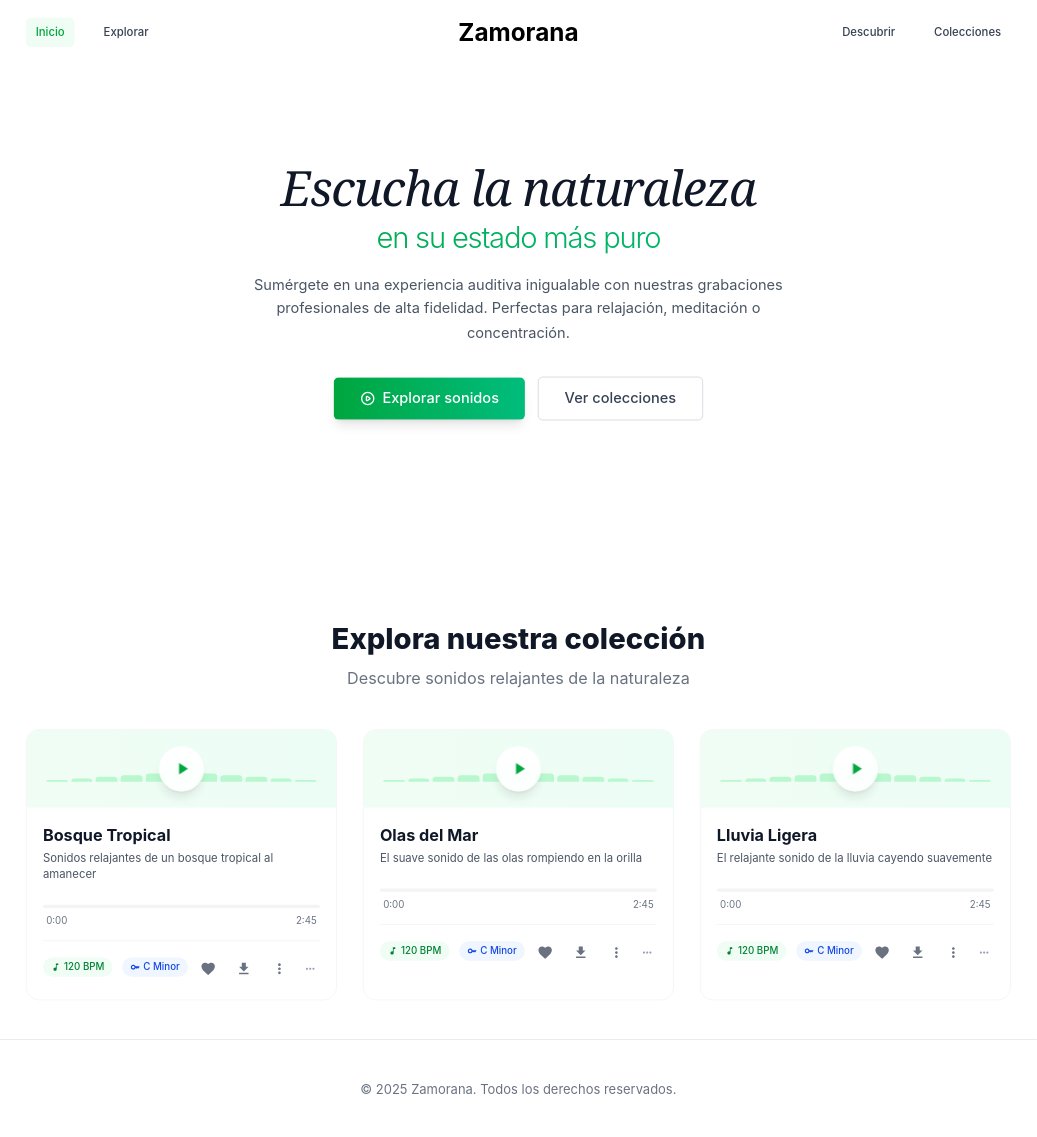
Repository: Alxre98/Zamorana
Page: /
An editor plug-in stored every save of this project. The page is shown before and after the next save, followed by the edit.
The browser window is 1280 px wide. The pictures show the whole page, at 81% of full size.
The project was rebuilt for these pictures with package versions that can differ from the ones it lists, and the page was loaded fresh each time. The framework's server and built-in components were replaced by stand-ins that run in the browser. Also part of the build but not shown: next.config.ts, src/components/molecules/Navigation/index.tsx.

Above is the page before, as saved 2025-06-13 08:19:57.

### src/app/layout.tsx
import type { Metadata } from "next";
import { Geist, Geist_Mono } from "next/font/google";
import "./globals.css";
import { DefaultTemplate } from "@/components/templates/DefaultTemplate";

const geistSans = Geist({
  variable: "--font-geist-sans",
  subsets: ["latin"],
});

const geistMono = Geist_Mono({
  variable: "--font-geist-mono",
  subsets: ["latin"],
});

export const metadata: Metadata = {
  title: "Zamorana - Sonidos de la Naturaleza",
  description: "Explora y descubre los sonidos más relajantes de la naturaleza",
};

export default function RootLayout({
  children,
}: Readonly<{
  children: React.ReactNode;
}>) {
  return (
    <html lang="es">
      <body
        className={`${geistSans.variable} ${geistMono.variable} antialiased`}
      >
        <DefaultTemplate>{children}</DefaultTemplate>
      </body>
    </html>
  );
}

### src/app/page.tsx
"use client";

import { Hero } from "@/components/organisms/Hero";
import { SoundGrid } from "@/components/organisms/SoundGrid";

// Mock data - replace with actual data from your API or CMS
const featuredSounds = [
  {
    id: "1",
    title: "Bosque Tropical",
    description: "Sonidos relajantes de un bosque tropical al amanecer",
    audioSrc: "/sounds/forest.mp3",
    // imageSrc: "/images/forest.jpg", // Uncomment when you have the image
  },
  {
    id: "2",
    title: "Olas del Mar",
    description: "El suave sonido de las olas rompiendo en la orilla",
    audioSrc: "/sounds/ocean.mp3",
    // imageSrc: "/images/ocean.jpg", // Uncomment when you have the image
  },
  {
    id: "3",
    title: "Lluvia Ligera",
    description: "El relajante sonido de la lluvia cayendo suavemente",
    audioSrc: "/sounds/rain.mp3",
    // imageSrc: "/images/rain.jpg", // Uncomment when you have the image
  },
];

export default function Home() {
  return (
    <main>
      <Hero />
      <SoundGrid sounds={featuredSounds} />
    </main>
  );
}

### src/app/globals.css
@import "tailwindcss";

:root {
  --background: #ffffff;
  --foreground: #171717;
}

@theme inline {
  --color-background: var(--background);
  --color-foreground: var(--foreground);
  --font-sans: var(--font-geist-sans);
  --font-mono: var(--font-geist-mono);
}

/* Blob animation */
@keyframes blob {
  0% {
    transform: translate(0px, 0px) scale(1);
  }
  33% {
    transform: translate(30px, -50px) scale(1.1);
  }
  66% {
    transform: translate(-20px, 20px) scale(0.9);
  }
  100% {
    transform: translate(0px, 0px) scale(1);
  }
}

.animate-blob {
  animation: blob 7s infinite;
}

.animation-delay-2000 {
  animation-delay: 2s;
}

.animation-delay-4000 {
  animation-delay: 4s;
}

/* Smooth scroll behavior */
html {
  scroll-behavior: smooth;
}

/* Custom scrollbar */
::-webkit-scrollbar {
  width: 8px;
  height: 8px;
}

::-webkit-scrollbar-track {
  background: #f1f1f1;
  border-radius: 4px;
}

::-webkit-scrollbar-thumb {
  background: #888;
  border-radius: 4px;
}

::-webkit-scrollbar-thumb:hover {
  background: #555;
}

@media (prefers-color-scheme: dark) {
  :root {
    --background: #0a0a0a;
    --foreground: #ededed;
  }

  ::-webkit-scrollbar-track {
    background: #1a1a1a;
  }

  ::-webkit-scrollbar-thumb {
    background: #444;
  }

  ::-webkit-scrollbar-thumb:hover {
    background: #666;
  }
}

body {
  background: var(--background);
  color: var(--foreground);
  font-family: "Inter", system-ui, -apple-system, BlinkMacSystemFont, "Segoe UI",
    Roboto, "Helvetica Neue", Arial, sans-serif;
  -webkit-font-smoothing: antialiased;
  -moz-osx-font-smoothing: grayscale;
}

### src/components/templates/DefaultTemplate/index.tsx
"use client";

import React, { ReactNode } from "react";
import Head from "next/head";
import { Header } from "../../organisms/Header";

interface DefaultTemplateProps {
  children: ReactNode;
  title?: string;
  description?: string;
}

export const DefaultTemplate: React.FC<DefaultTemplateProps> = ({
  children,
  title = "Zamorana - Sonidos de la Naturaleza",
  description = "Explora y descubre los sonidos más relajantes de la naturaleza",
}) => {
  return (
    <div className="min-h-screen flex flex-col">
      <Header />

      <main className="flex-grow">{children}</main>

      <footer className="bg-white border-t border-gray-200">
        <div className="max-w-7xl mx-auto py-12 px-4 overflow-hidden sm:px-6 lg:px-8">
          <p className="text-center text-base text-gray-500">
            &copy; {new Date().getFullYear()} Zamorana. Todos los derechos
            reservados.
          </p>
        </div>
      </footer>
    </div>
  );
};

### src/components/organisms/SoundGrid/index.tsx
"use client";

import React from "react";
import { AudioCard } from "../../molecules";

interface SoundItem {
  id: string;
  title: string;
  description: string;
  audioSrc: string;
  imageSrc?: string;
}

interface SoundGridProps {
  sounds: SoundItem[];
  title?: string;
  description?: string;
}

export const SoundGrid: React.FC<SoundGridProps> = ({
  sounds,
  title = "Explora nuestra colección",
  description = "Descubre sonidos relajantes de la naturaleza",
}) => {
  if (!sounds || sounds.length === 0) {
    return (
      <div className="text-center py-12">
        <p className="text-gray-500">
          No hay sonidos disponibles en este momento.
        </p>
      </div>
    );
  }

  return (
    <div className="bg-white py-12">
      <div className="max-w-7xl mx-auto px-4 sm:px-6 lg:px-8">
        <div className="text-center">
          <h2 className="text-3xl font-extrabold text-gray-900 sm:text-4xl">
            {title}
          </h2>
          <p className="mt-3 max-w-2xl mx-auto text-xl text-gray-500 sm:mt-4">
            {description}
          </p>
        </div>

        <div className="mt-12 grid gap-8 md:grid-cols-2 lg:grid-cols-3">
          {sounds.map((sound) => (
            <AudioCard
              key={sound.id}
              title={sound.title}
              description={sound.description}
              audioSrc={sound.audioSrc}
              imageSrc={sound.imageSrc}
              className="h-full"
            />
          ))}
        </div>
      </div>
    </div>
  );
};

### src/components/atoms/Button/index.tsx
import React from "react";

interface ButtonProps extends React.ButtonHTMLAttributes<HTMLButtonElement> {
  variant?: "primary" | "secondary" | "outline";
  size?: "sm" | "md" | "lg";
  children: React.ReactNode;
}

export const Button: React.FC<ButtonProps> = ({
  variant = "primary",
  size = "md",
  children,
  className = "",
  ...props
}) => {
  const baseStyles = "rounded-md font-medium transition-colors duration-200";
  const variantStyles = {
    primary: "bg-green-600 text-white hover:bg-green-700",
    secondary: "bg-gray-200 text-gray-900 hover:bg-gray-300",
    outline: "border border-gray-300 text-gray-700 hover:bg-gray-50",
  };
  const sizeStyles = {
    sm: "px-3 py-1.5 text-sm",
    md: "px-4 py-2 text-base",
    lg: "px-6 py-3 text-lg",
  };

  return (
    <button
      className={`${baseStyles} ${variantStyles[variant]} ${sizeStyles[size]} ${className}`}
      {...props}
    >
      {children}
    </button>
  );
};

### src/components/molecules/index.ts
// Molecule components
export * from './AudioCard';
export * from './Navigation';

### src/components/molecules/AudioCard/index.tsx
"use client";

import React, { useState, useRef, useEffect } from "react";
import Icon from "../../atoms/Icon";
import styles from "./AudioCard.module.css";

interface ProgressBarProps {
  progress: number;
  className?: string;
}

// Create a type that includes the specific ARIA attributes we need
type AriaProgressBarProps = {
  "aria-valuenow": number;
  "aria-valuemin": number;
  "aria-valuemax": number;
  "aria-label": string;
  "aria-atomic": "true";
  role: "progressbar";
};

const ProgressBar: React.FC<ProgressBarProps> = ({
  progress,
  className = "",
}) => {
  // Ensure progress is between 0 and 100 and round to nearest integer
  const roundedProgress = Math.min(Math.max(Math.round(progress), 0), 100);

  // Generate the width class name (e.g., 'progressWidth50' for 50%)
  const widthClass = `progressWidth${roundedProgress}`;

  // Create ARIA props with proper typing
  const ariaProps: AriaProgressBarProps = {
    "aria-valuenow": roundedProgress,
    "aria-valuemin": 0,
    "aria-valuemax": 100,
    "aria-label": `Progreso de reproducción: ${roundedProgress}%`,
    "aria-atomic": "true",
    role: "progressbar",
  };

  return (
    <div
      className={`${styles.progressBarContainer} ${className}`}
      {...ariaProps}
    >
      <div className={`${styles.progressBarFilled} ${styles[widthClass]}`} />
    </div>
  );
};

interface AudioCardProps {
  title: string;
  description: string;
  audioSrc: string;
  duration?: string;
  bpm?: number;
  keyScale?: string;
  className?: string;
}

export const AudioCard: React.FC<AudioCardProps> = ({
  title,
  description,
  audioSrc,
  duration = "2:45",
  bpm = 120,
  keyScale = "C Minor",
  className = "",
}) => {
  const [isPlaying, setIsPlaying] = useState(false);
  const [progress, setProgress] = useState<number>(0);
  const audioRef = useRef<HTMLAudioElement | null>(null);
  const progressInterval = useRef<NodeJS.Timeout | null>(null);

  // Función para formatear el tiempo (MM:SS)
  const formatTime = (progress: number) => {
    const totalSeconds = Math.round((progress / 100) * (60 * 2.45)); // Aproximación basada en duración por defecto
    const minutes = Math.floor(totalSeconds / 60);
    const seconds = totalSeconds % 60;
    return `${minutes}:${seconds.toString().padStart(2, "0")}`;
  };

  const togglePlay = () => {
    if (!audioRef.current) return;

    if (isPlaying) {
      audioRef.current.pause();
      if (progressInterval.current) {
        clearInterval(progressInterval.current);
      }
    } else {
      audioRef.current.play().catch(console.error);
      startProgressTimer();
    }

    setIsPlaying(!isPlaying);
  };

  const startProgressTimer = () => {
    if (progressInterval.current) {
      clearInterval(progressInterval.current);
    }

    progressInterval.current = setInterval(() => {
      if (audioRef.current) {
        const { currentTime, duration } = audioRef.current;
        const newProgress = (currentTime / duration) * 100 || 0;
        setProgress(newProgress);

        if (currentTime >= duration) {
          setIsPlaying(false);
          setProgress(0);
          if (progressInterval.current) {
            clearInterval(progressInterval.current);
          }
        }
      }
    }, 100);
  };

  useEffect(() => {
    return () => {
      if (progressInterval.current) {
        clearInterval(progressInterval.current);
      }
    };
  }, []);

  return (
    <div
      className={`group bg-white rounded-2xl border border-gray-100 hover:shadow-xl transition-all duration-300 overflow-hidden transform hover:-translate-y-1 ${className}`}
    >
      {/* Audio Preview */}
      <div className="relative">
        {/* Waveform visualizer - placeholder */}
        <div className="h-24 bg-gradient-to-r from-green-50 to-emerald-50 flex items-center justify-center">
          <div className="w-full px-6 py-4 flex items-end space-x-1 h-16">
            {[2, 4, 6, 8, 10, 12, 10, 8, 6, 4, 2].map((height, i) => (
              <div
                key={i}
                className={`flex-1 bg-green-200 rounded-t-sm transition-all duration-300 group-hover:bg-green-400 ${
                  isPlaying ? "animate-pulse" : ""
                }`}
                style={{
                  height: `${height}px`,
                  animationDelay: `${i * 0.05}s`,
                  animationDuration: "0.5s",
                  animationIterationCount: "infinite",
                  animationDirection: "alternate",
                }}
              />
            ))}
          </div>
        </div>

        {/* Play button overlay */}
        <div className="absolute top-1/2 left-1/2 transform -translate-x-1/2 -translate-y-1/2">
          <button
            onClick={togglePlay}
            className={`w-14 h-14 rounded-full bg-white/90 backdrop-blur-sm shadow-lg flex items-center justify-center text-green-600 hover:bg-white hover:scale-105 focus:outline-none focus:ring-2 focus:ring-green-500 focus:ring-offset-2 transition-all transform ${
              isPlaying ? "bg-white/90" : "bg-white/80"
            }`}
            aria-label={isPlaying ? "Pausar" : "Reproducir"}
          >
            {isPlaying ? (
              <Icon name="Pause" className="w-6 h-6" />
            ) : (
              <Icon name="Play" className="w-6 h-6 ml-0.5" />
            )}
          </button>
        </div>
      </div>

      {/* Card content */}
      <div className="p-5">
        <div className="flex justify-between items-start mb-3">
          <div className="flex-1 min-w-0">
            <h3 className="text-xl font-bold text-gray-900 truncate mb-1">
              {title}
            </h3>
            <p className="text-sm text-gray-600 mb-4 line-clamp-2">
              {description}
            </p>
          </div>
        </div>

        {/* Progress bar */}
        <div
          className="mb-4
        "
        >
          <ProgressBar
            progress={progress}
            className={`${styles.progressBarContainer} mb  -2`}
          />
          <div className="flex justify-between text-xs text-gray-500 px-1">
            <span>{formatTime(progress)}</span>
            <span>{duration}</span>
          </div>
        </div>

        {/* Audio info and actions */}
        <div className="flex items-center justify-between pt-3 border-t border-gray-100">
          <div className="flex items-center space-x-3">
            <span className="inline-flex items-center px-2.5 py-1 rounded-full text-xs font-medium bg-green-50 text-green-700">
              <Icon name="MusicNote" className="w-3 h-3 mr-1" />
              {bpm} BPM
            </span>
            <span className="hidden sm:inline-flex items-center px-2.5 py-1 rounded-full text-xs font-medium bg-blue-50 text-blue-700">
              <Icon name="Key" className="w-3 h-3 mr-1" />
              {keyScale}
            </span>
          </div>
          <div className="flex items-center space-x-2">
            <button
              className="p-2 text-gray-500 hover:text-green-600 rounded-full hover:bg-green-50 transition-colors"
              aria-label="Añadir a favoritos"
              title="Añadir a favoritos"
            >
              <Icon name="Heart" className="w-5 h-5" />
            </button>
            <button
              className="p-2 text-gray-500 hover:text-green-600 rounded-full hover:bg-green-50 transition-colors"
              aria-label="Descargar"
              title="Descargar"
            >
              <Icon name="Download" className="w-5 h-5" />
            </button>
            <button
              className="p-2 text-gray-500 hover:text-green-600 rounded-full hover:bg-green-50 transition-colors"
              aria-label="Más opciones"
              title="Más opciones"
            >
              <Icon name="DotsVertical" className="w-5 h-5" />
            </button>
          </div>
          <button
            className="p-1 text-gray-400 hover:text-green-600 rounded-full hover:bg-green-50 transition-colors"
            aria-label="Más opciones"
            title="Más opciones"
            aria-haspopup="true"
          >
            <Icon name="DotsHorizontal" className="w-4 h-4" />
          </button>
        </div>
      </div>

      {/* Audio element */}
      <audio
        ref={audioRef}
        src={audioSrc}
        onEnded={() => {
          setIsPlaying(false);
          setProgress(0);
        }}
        onPause={() => setIsPlaying(false)}
        onPlay={() => setIsPlaying(true)}
        className="hidden"
      />
    </div>
  );
};

Loaded but not shown: src/components/organisms/Header/index.tsx (141 lines, source omitted); src/components/molecules/AudioCard/AudioCard.module.css (328 lines, source omitted); src/components/atoms/Icon/index.tsx (114 lines, source omitted); src/components/organisms/Hero/index.tsx (95 lines, source omitted)

After the next save:
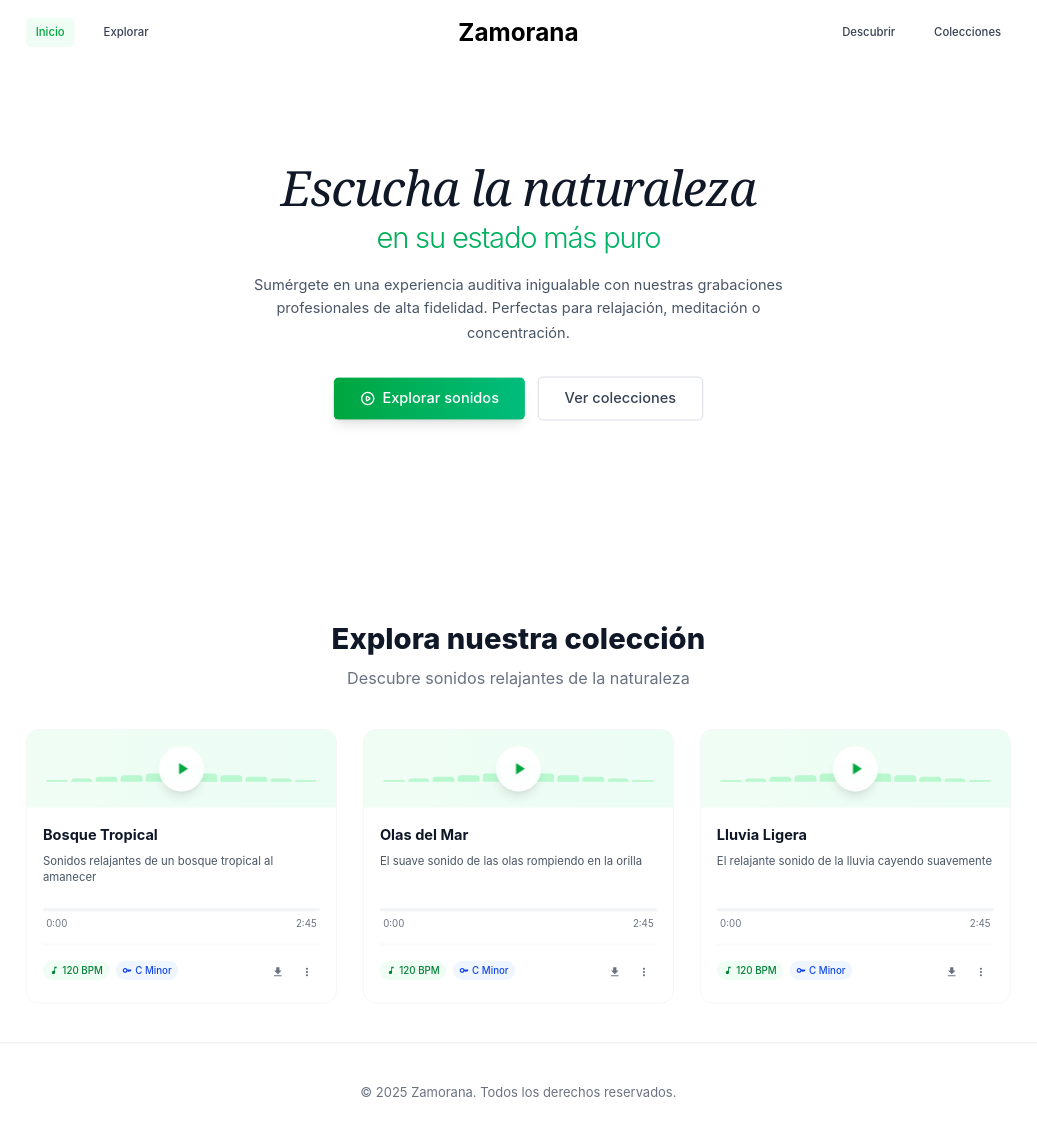
Saved 37 min 53 s later.
--- a/src/components/molecules/AudioCard/index.tsx
+++ b/src/components/molecules/AudioCard/index.tsx
@@ -129,7 +129,7 @@
 
   return (
     <div
-      className={`group bg-white rounded-2xl border border-gray-100 hover:shadow-xl transition-all duration-300 overflow-hidden transform hover:-translate-y-1 ${className}`}
+      className={`group flex flex-col h-full bg-white rounded-2xl border border-gray-100 hover:shadow-xl transition-all duration-300 overflow-hidden transform hover:-translate-y-1 ${className}`}
     >
       {/* Audio Preview */}
       <div className="relative">
@@ -173,26 +173,21 @@
       </div>
 
       {/* Card content */}
-      <div className="p-5">
-        <div className="flex justify-between items-start mb-3">
-          <div className="flex-1 min-w-0">
-            <h3 className="text-xl font-bold text-gray-900 truncate mb-1">
+      <div className="flex flex-col flex-1 p-5">
+        <div className="flex-1 min-h-0">
+          <div className="mb-3">
+            <h3 className="text-lg font-bold text-gray-900 truncate mb-2">
               {title}
             </h3>
-            <p className="text-sm text-gray-600 mb-4 line-clamp-2">
-              {description}
-            </p>
+            <p className="text-sm text-gray-600 line-clamp-3">{description}</p>
           </div>
         </div>
 
         {/* Progress bar */}
-        <div
-          className="mb-4
-        "
-        >
+        <div className="mt-auto pt-4">
           <ProgressBar
             progress={progress}
-            className={`${styles.progressBarContainer} mb  -2`}
+            className={`${styles.progressBarContainer} mb-1`}
           />
           <div className="flex justify-between text-xs text-gray-500 px-1">
             <span>{formatTime(progress)}</span>
@@ -201,48 +196,33 @@
         </div>
 
         {/* Audio info and actions */}
-        <div className="flex items-center justify-between pt-3 border-t border-gray-100">
-          <div className="flex items-center space-x-3">
-            <span className="inline-flex items-center px-2.5 py-1 rounded-full text-xs font-medium bg-green-50 text-green-700">
+        <div className="flex items-center justify-between pt-3 mt-4 border-t border-gray-100">
+          <div className="flex items-center space-x-2">
+            <span className="inline-flex items-center px-2 py-1 rounded-full text-xs font-medium bg-green-50 text-green-700 whitespace-nowrap">
               <Icon name="MusicNote" className="w-3 h-3 mr-1" />
               {bpm} BPM
             </span>
-            <span className="hidden sm:inline-flex items-center px-2.5 py-1 rounded-full text-xs font-medium bg-blue-50 text-blue-700">
+            <span className="inline-flex items-center px-2 py-1 rounded-full text-xs font-medium bg-blue-50 text-blue-700 whitespace-nowrap">
               <Icon name="Key" className="w-3 h-3 mr-1" />
               {keyScale}
             </span>
           </div>
-          <div className="flex items-center space-x-2">
-            <button
-              className="p-2 text-gray-500 hover:text-green-600 rounded-full hover:bg-green-50 transition-colors"
-              aria-label="Añadir a favoritos"
-              title="Añadir a favoritos"
-            >
-              <Icon name="Heart" className="w-5 h-5" />
-            </button>
+          <div className="flex items-center space-x-1">
             <button
               className="p-2 text-gray-500 hover:text-green-600 rounded-full hover:bg-green-50 transition-colors"
               aria-label="Descargar"
               title="Descargar"
             >
-              <Icon name="Download" className="w-5 h-5" />
+              <Icon name="Download" className="w-4 h-4" />
             </button>
             <button
               className="p-2 text-gray-500 hover:text-green-600 rounded-full hover:bg-green-50 transition-colors"
               aria-label="Más opciones"
               title="Más opciones"
             >
-              <Icon name="DotsVertical" className="w-5 h-5" />
+              <Icon name="DotsVertical" className="w-4 h-4" />
             </button>
           </div>
-          <button
-            className="p-1 text-gray-400 hover:text-green-600 rounded-full hover:bg-green-50 transition-colors"
-            aria-label="Más opciones"
-            title="Más opciones"
-            aria-haspopup="true"
-          >
-            <Icon name="DotsHorizontal" className="w-4 h-4" />
-          </button>
         </div>
       </div>
 
